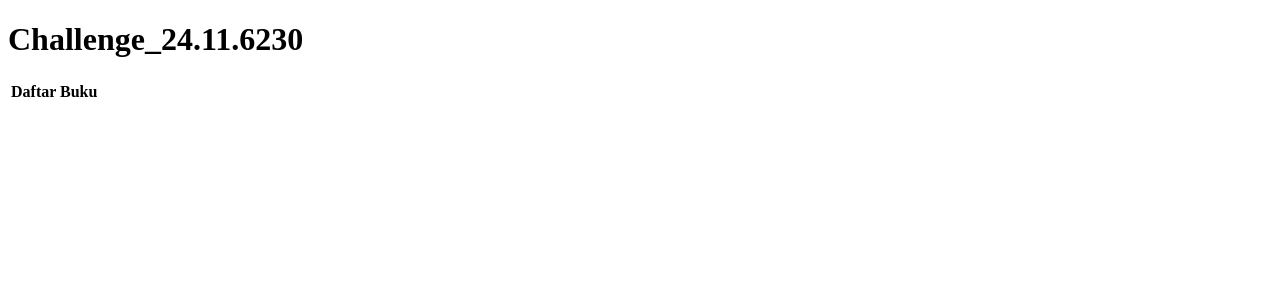
Repository: Fadli55/Pertemuan-4
Page: challenge_24116230.html
These files come from the project's save history. The page is drawn as it stood at one moment and after the next save; the edit follows.
The browser window is 1280 px wide. The pictures show the whole page.

Above is the page before, as saved 2026-04-16 01:44:31.

After the next save:
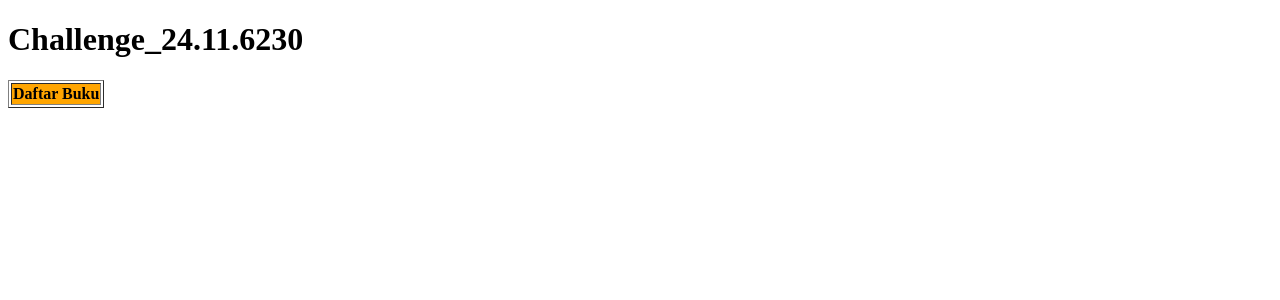
Saved 2 min 26 s later.
--- a/challenge_24116230.html
+++ b/challenge_24116230.html
@@ -7,9 +7,9 @@
 </head>
 <body>
     <h1>Challenge_24.11.6230</h1>
-    <table>
+    <table border="1">
         <tr>
-            <th colspan="3">Daftar Buku</th>
+            <th colspan="3" bgcolor="orange">Daftar Buku</th>
         </tr>
 
     </table>
